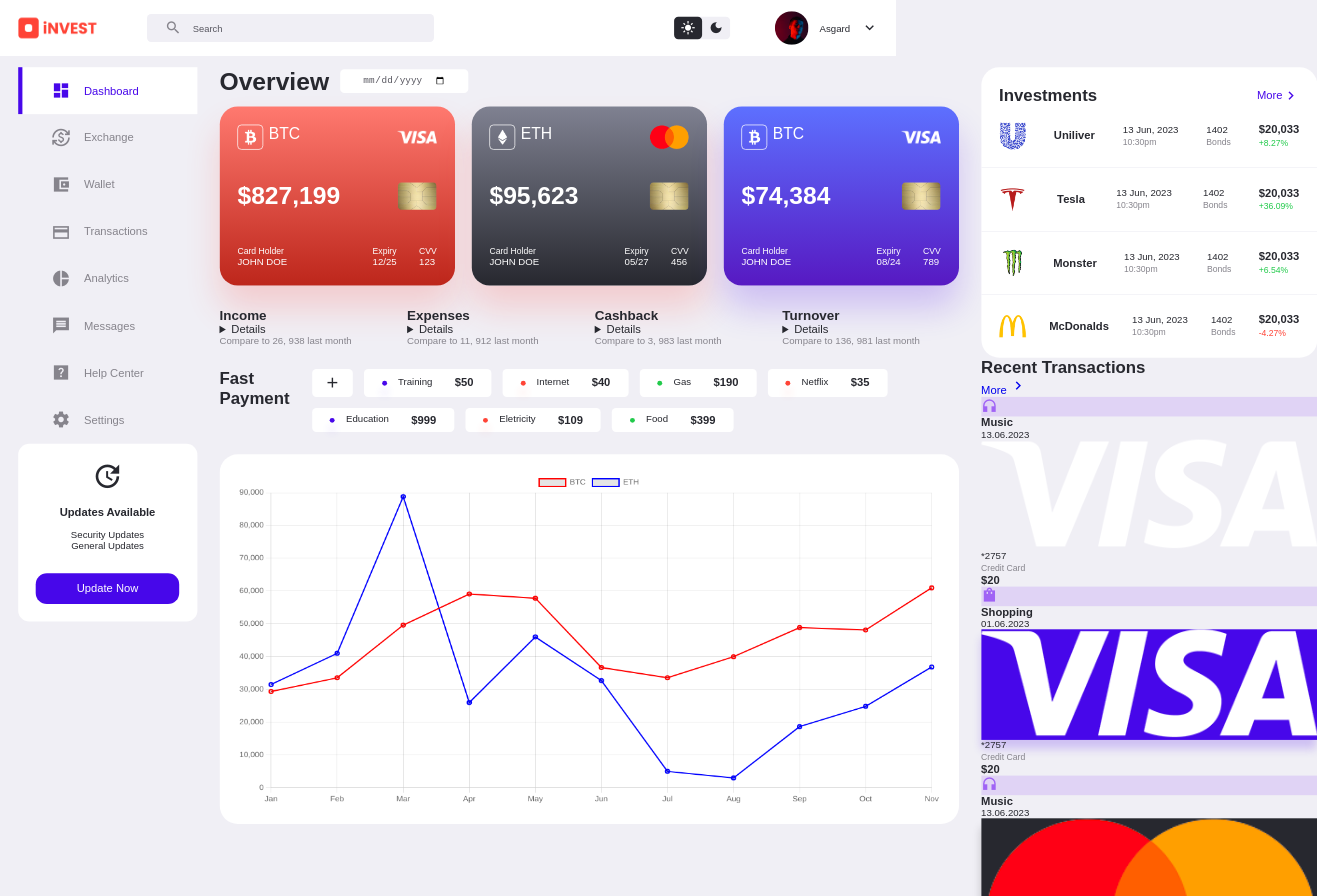
Repository: eziocdl/Admin_Dash
Page: index.html
An editor plug-in stored every save of this project. The page is shown before and after the next save, followed by the edit.
The browser window is 1280 px wide. The page is 1882 px wide, so the pictures cover 1882 px, including what lies to the right of the window. The pictures show the part of the page from y = 0 to 1280 px (the page is 2393 px tall), at 70% of full size.
Some web libraries are served in a nearby version.

Above is the page before, as saved 2023-06-15 13:32:50.

### index.html
<!DOCTYPE html>
<html lang="pt-BR">
<head>
    <meta charset="UTF-8">
    <meta http-equiv="X-UA-Compatible" content="IE=edge">
    <meta name="viewport" content="width=device-width, initial-scale=1.0">
    <title>DashBoard Responsiva</title>
    <!--MATERIAL ICONS CDN-->
    <link href="https://fonts.googleapis.com/icon?family=Material+Icons+Sharp" rel="stylesheet">
    <!--GOOGLE FONTES (POPPINS)-->
    <link rel="preconnect" href="https://fonts.googleapis.com">
<link rel="preconnect" href="https://fonts.gstatic.com" crossorigin>
<link href="https://fonts.googleapis.com/css2?family=Poppins:wght@300;400;500;600;700&display=swap"
   rel="stylesheet">
    <!--STYLESHEET-->
<link rel="stylesheet" href="style.css">
</head>
<body>
    <!--NAVEGACAO-->
    <nav>
        <div class="container">
            <img src="./images/logo.png" class="logo">
            <div class="search-bar">
                <span class="material-icons-sharp">search</span>
                <input type="search" placeholder="Search">
            </div>
            <div class="profile-area">
                <div class="theme-btn">
                    <span class="material-icons-sharp active">light_mode</span>
                    <span class="material-icons-sharp">dark_mode</span>
            </div>
            <div class="profile">
                    <div class="profile-photo">
                        <img src="./images/profile-1.jpg">
                    </div>
                    <h5>Asgard</h5>
                    <span class="material-icons-sharp">expand_more</span>
            </div>
            <button id="menu-btn">
                    <span class="material-icons-sharp">menu</span>
                </button>

            </div>

        </div>
    </nav>
    <!--FINAL DA NAVEGACAO-->

    <main>
        <aside>
            <button id="close-btn">
                <span class="material-icons-sharp">close</span>

            </button>

            <div class="sidebar">
                <a href="#" class="active">
                    <span class="material-icons-sharp">dashboard</span>
                    <h4>Dashboard</h4>
                </a>

                <a href="#">
                    <span class="material-icons-sharp">currency_exchange</span>
                    <h4>Exchange</h4>
                </a>

                <a href="#">
                    <span class="material-icons-sharp">account_balance_wallet</span>
                    <h4>Wallet</h4>
                </a>

                <a href="#">
                    <span class="material-icons-sharp">payment</span>
                    <h4>Transactions</h4>
                </a>

                <a href="#">
                    <span class="material-icons-sharp">pie_chart</span>
                    <h4>Analytics</h4>
                </a>

                <a href="#">
                    <span class="material-icons-sharp">message</span>
                    <h4>Messages</h4>
                </a>

                <a href="#">
                    <span class="material-icons-sharp">help_center</span>
                    <h4>Help Center</h4>
                </a>

                <a href="#">
                    <span class="material-icons-sharp">settings</span>
                    <h4>Settings</h4>
                </a>
            </div>
            <!------------------FINAL DO SIDEBAR------------------------------------------------>
            <div class="updates">
                <span class="material-icons-sharp">update</span>
                    <h4>Updates Available</h4>
                    <p>Security Updates</p>
                    <p>General Updates</p>
                    <a href="#">Update Now</a>
            </div>
        </aside>
        <!--FINAL DO ASIDE-->

        <section class="middle">
            <div class="header">
                <h1>Overview</h1>
                <input type="date">
            </div>

            <div class="cards">
                <div class="card">
                    <div class="top">
                        <div class="left">
                            <img src="./images/BTC.png">
                            <h2>BTC</h2>
                        </div>
                        <img src="./images/visa.png" class="right">
                    </div>

                    <div class="middle">
                             <h1>$827,199</h1>
                             <div class="chip">
                               <img src="./images/card chip.png">
                            </div>
                    </div>

                    <div class="bottom">
                        <div class="left">
                           <small>Card Holder</small>
                           <h5>JOHN DOE</h5>
                        </div>

                        <div class="right">
                            <div class="expiry">
                                <small>Expiry</small>
                                <h5>12/25</h5>
                            </div>
                            <div class="cvv">
                                <small>CVV</small>
                                <h5>123</h5>
                            </div>
                        </div>
                    </div>
                </div>
                <!-------------------FINAL DO CARTAO------------------------------------------------->
                <div class="card">
                    <div class="top">
                        <div class="left">
                            <img src="./images/ETH.png">
                            <h2>ETH</h2>
                        </div>
                        <img src="./images/master card.png" class="right">
                    </div>

                    <div class="middle">
                        <h1>$95,623</h1>
                        <div class="chip">
                            <img src="./images/card chip.png">
                        </div>
                    </div>

                    <div class="bottom">
                        <div class="left">
                           <small>Card Holder</small>
                           <h5>JOHN DOE</h5>
                        </div>

                        <div class="right">
                            <div class="expiry">
                                <small>Expiry</small>
                                <h5>05/27</h5>
                            </div>
                            <div class="cvv">
                                <small>CVV</small>
                                <h5>456</h5>
                            </div>
                        </div>
                    </div>
                </div>
                <!-------------------FINAL DO CARTAO 1------------------------------------------------->

                <div class="card">
                    <div class="top">
                        <div class="left">
                            <img src="./images/BTC.png">
                            <h2>BTC</h2>
                        </div>
                     <img src="./images/visa.png" class="right">
                    </div>

                    <div class="middle">
                        <h1>$74,384</h1>
                        <div class="chip">
                            <img src="./images/card chip.png">
                        </div>

                    </div>

                    <div class="bottom">
                        <div class="left">
                           <small>Card Holder</small>
                           <h5>JOHN DOE</h5>
                        </div>

                        <div class="right">
                            <div class="expiry">
                                <small>Expiry</small>
                                <h5>08/24</h5>
                            </div>
                            <div class="cvv">
                                <small>CVV</small>
                                <h5>789</h5>
                            </div>
                        </div>
                    </div>
                </div>
                <!-------------------FINAL DO CARTAO 2------------------------------------------------->
            </div>

            <!-------------------FINAL DOS CARDS-------------------------------------------------->
            <div class="monthly-report">
                <div class="report">
                     <h3>Income</h3>
                     <div>
                        <details>
                            <h1>29,023</h1>
                            <h6 class="success">+3.5%</h6>
                        </details>
                        <p class="text-muted">Compare to 26,
                        938 last month</p>
                     </div>
                </div>
               <!-- END OF INCOME REPORT--->
                <div class="report">
                    <h3>Expenses</h3>
                    <div>
                       <details>
                           <h1>9,005</h1>
                           <h6 class="danger">-6.5%</h6>
                       </details>
                       <p class="text-muted">Compare to 11,
                       912 last month</p>
                    </div>
               </div>
               <!-- END OF EXPENSES REPORT --->
               <div class="report">
                     <h3>Cashback</h3>
                     <div>
                        <details>
                            <h1>4,7004</h1>
                            <h6 class="success">+7.5%</h6>
                        </details>
                        <p class="text-muted">Compare to 3,
                        983 last month</p>
                     </div>
                </div>
                <!-- END OF CASHBACK REPORT --->
                <div class="report">
                     <h3>Turnover</h3>
                     <div>
                        <details>
                            <h1>118,900</h1>
                            <h6 class="danger">+17.8%</h6>
                        </details>
                        <p class="text-muted">Compare to 136,
                        981 last month</p>
                     </div>
                </div>
                <!-- END OF TURNOVER REPORT --->
            </div>

            <!--END OF MONTLY REPORT-->
            <div class="fast-payment">
                 <h2>Fast Payment</h2>
                 <div class="badges">
                      <div class="badge">
                        <span class="material-icons-sharp">
                        add</span>
                      </div>
                      <div class="badge">
                           <span class="bg-primary"></span>
                           <div>
                              <h5>Training</h5>
                              <h4>$50</h4>
                           </div>
                      </div>
                       <div class="badge">
                           <span class="bg-danger"></span>
                           <div>
                              <h5>Internet</h5>
                              <h4>$40</h4>
                           </div>
                      </div>
                      <div class="badge">
                           <span class="bg-success"></span>
                           <div>
                              <h5>Gas</h5>
                              <h4>$190</h4>
                           </div>
                      </div>
                      <div class="badge">
                           <span class="bg-danger"></span>
                           <div>
                              <h5>Netflix</h5>
                              <h4>$35</h4>
                           </div>
                      </div>
                      <div class="badge">
                           <span class="bg-primary"></span>
                           <div>
                              <h5>Education</h5>
                              <h4>$999</h4>
                           </div>
                      </div>
                      <div class="badge">
                           <span class="bg-danger"></span>
                           <div>
                              <h5>Eletricity</h5>
                              <h4>$109</h4>
                           </div>
                      </div>
                      <div class="badge">
                           <span class="bg-success"></span>
                           <div>
                              <h5>Food</h5>
                              <h4>$399</h4>
                           </div>
                      </div>
                </div>
            </div>

            <!--END OF PAYMENT---------------->

            <canvas id="chart"></canvas>

        </section>
        <!--FINAL DO MIDDLE-->
        <section class="right">
            <div class="investments">
                <div class="header">
                    <h2>Investments</h2>
                    <a href="#">More <span class="material-icons-sharp">
                        chevron_right</span></a>
                </div>

                <div class="investment">
                        <img src="./images/uniliver.png">
                        <h4>Uniliver</h4>
                        <div class="date-time">
                          <p>13 Jun, 2023</p>
                          <small class="text-muted">10:30pm</small>
                        </div>
                        <div class="bonds">
                              <p>1402</p>
                              <small class="text-muted">Bonds</small>
                        </div>
                        <div class="amount">
                              <h4>$20,033</h4>
                              <small class="success">+8.27%</small>
                        </div>
                    </div>
                    <!--END OF INVESTIMENT-->
                    <div class="investment">
                        <img src="./images/tesla.png">
                        <h4>Tesla</h4>
                        <div class="date-time">
                            <p>13 Jun, 2023</p>
                            <small class="text-muted">10:30pm</small>
                        </div>
                        <div class="bonds">
                              <p>1402</p>
                              <small class="text-muted">Bonds</small>
                        </div>
                        <div class="amount">
                              <h4>$20,033</h4>
                              <small class="success">+36.09%</small>
                        </div>
                    </div>
                    <!--END OF INVESTIMENT-->
                    <div class="investment">
                            <img src="./images/monster.png">
                            <h4>Monster</h4>
                            <div class="date-time">
                              <p>13 Jun, 2023</p>
                              <small class="text-muted">10:30pm</small>
                            </div>
                            <div class="bonds">
                              <p>1402</p>
                              <small class="text-muted">Bonds</small>
                            </div>
                            <div class="amount">
                              <h4>$20,033</h4>
                              <small class="success">+6.54%</small>
                            </div>
                    </div>
                    <!--END OF INVESTIMENT-->
                    <div class="investment">
                        <img src="./images/mcdonalds.png">
                        <h4>McDonalds</h4>
                        <div class="date-time">
                          <p>13 Jun, 2023</p>
                          <small class="text-muted">10:30pm</small>
                        </div>
                        <div class="bonds">
                              <p>1402</p>
                              <small class="text-muted">Bonds</small>
                        </div>
                        <div class="amount">
                              <h4>$20,033</h4>
                              <small class="danger">-4.27%</small>
                        </div>
                    </div>
                    <!--END OF INVESTIMENTS-->
                 </div>
            </div>
            <!--END OF INVESTIMENTS-->

            <div class="recent-transations">
                <div class="header">
                    <h2>Recent Transactions</h2>
                    <a href="#">More <span class="material-icons-sharp">chevron_right</span></a>
                </div>

                <div class="transation">
                    <div class="service">
                        <div class="icon bg-purple-light">
                            <span class="material-icons-sharp purple">headphones</span>
                        </div>
                        <div class="details">
                            <h4>Music</h4>
                            <p>13.06.2023</p>
                        </div>
                    </div>
                    <div class="card-details">
                        <div class="service">
                            <img src="./images/visa.png">
                        </div>
                        <div class="details">
                            <P>*2757</P>
                             <small class="text-muted">Credit Card</small>
                        </div>
                    </div>
                    <h4>$20</h4>
                </div>
                <!--END OF RECENT TRANSATION-->
                <div class="transation">
                    <div class="service">
                        <div class="icon bg-purple-light">
                            <span class="material-icons-sharp purple">shopping_bag</span>
                        </div>
                        <div class="details">
                            <h4>Shopping</h4>
                            <p>01.06.2023</p>
                        </div>
                    </div>
                    <div class="card-details">
                        <div class="card bg-primary">
                            <img src="./images/visa.png">
                        </div>
                        <div class="details">
                            <P>*2757</P>
                             <small class="text-muted">Credit Card</small>
                        </div>
                    </div>
                    <h4>$20</h4>
                </div>
                <!--END OF RECENT TRANSATION-->
                <div class="transation">
                    <div class="service">
                        <div class="icon bg-purple-light">
                            <span class="material-icons-sharp purple">headphones</span>
                        </div>
                        <div class="details">
                            <h4>Music</h4>
                            <p>13.06.2023</p>
                        </div>
                    </div>
                    <div class="card-details">
                        <div class="card bg-dark">
                            <img src="./images/master card.png">
                        </div>
                        <div class="details">
                            <P>*2757</P>
                             <small class="text-muted">Credit Card</small>
                        </div>
                    </div>
                    <h4>$20</h4>
                </div>
                <!--END OF RECENT TRANSATION-->
                <div class="transation">
                    <div class="service">
                        <div class="icon bg-purple-light">
                            <span class="material-icons-sharp purple">headphones</span>
                        </div>
                        <div class="details">
                            <h4>Music</h4>
                            <p>13.06.2023</p>
                        </div>
                    </div>
                    <div class="card-details">
                        <div class="card bg-danger">
                            <img src="./images/visa.png">
                        </div>
                        <div class="details">
                            <P>*2757</P>
                             <small class="text-muted">Credit Card</small>
                        </div>
                    </div>
                    <h4>$20</h4>
                </div>
                <!--END OF RECENT TRANSATION-->
                <div class="transation">
                    <div class="service">
                        <div class="icon bg-purple-light">
                            <span class="material-icons-sharp purple">headphones</span>
                        </div>
                        <div class="details">
                            <h4>Music</h4>
                            <p>13.06.2023</p>
                        </div>
                    </div>
                    <div class="card-details">
                        <div class="card bg-danger">
                            <img src="./images/visa.png">
                        </div>
                        <div class="details">
                            <P>*2757</P>
                             <small class="text-muted">Credit Card</small>
                        </div>
                    </div>
                    <h4>$20</h4>
                </div>
                <!--END OF RECENT TRANSATION-->
                <div class="transation">
                    <div class="service">
                        <div class="icon bg-purple-light">
                            <span class="material-icons-sharp purple">headphones</span>
                        </div>
                        <div class="details">
                            <h4>Music</h4>
                            <p>13.06.2023</p>
                        </div>
                    </div>
                    <div class="card-details">
                        <div class="card bg-danger">
                            <img src="./images/visa.png">
                        </div>
                        <div class="details">
                            <P>*2757</P>
                             <small class="text-muted">Credit Card</small>
                        </div>
                    </div>
                    <h4>$20</h4>
                </div>
                <!--END OF RECENT TRANSATION-->
            </div>
            <!-------------------------------END OF RECENT OF TRANSATION------------------------------------------------------------------>
        </section>
         <!--FINAL DO MIDDLE-->
    </main>
    <!--===========================FINAL DO ASIDE======================================================-->

    <script src="https://cdnjs.cloudflare.com/ajax/libs/Chart.js/3.6.0/chart.min.js"
     integrity="sha512-GMGzUEevhWh8Tc/njS0bDpwgxdCJLQBWG3Z2Ct+JGOpVnEmjvNx6ts4v6A2XJf1HOrtOsfhv3hBKpK9kE5z8AQ=="
     crossorigin="anonymous" referrerpolicy="no-referrer">
    </script>

    <script src="./main.js"></script>
</body>
</html>

Loaded but not shown: main.js (30 lines, source omitted); style.css (565 lines, source omitted)

After the next save:
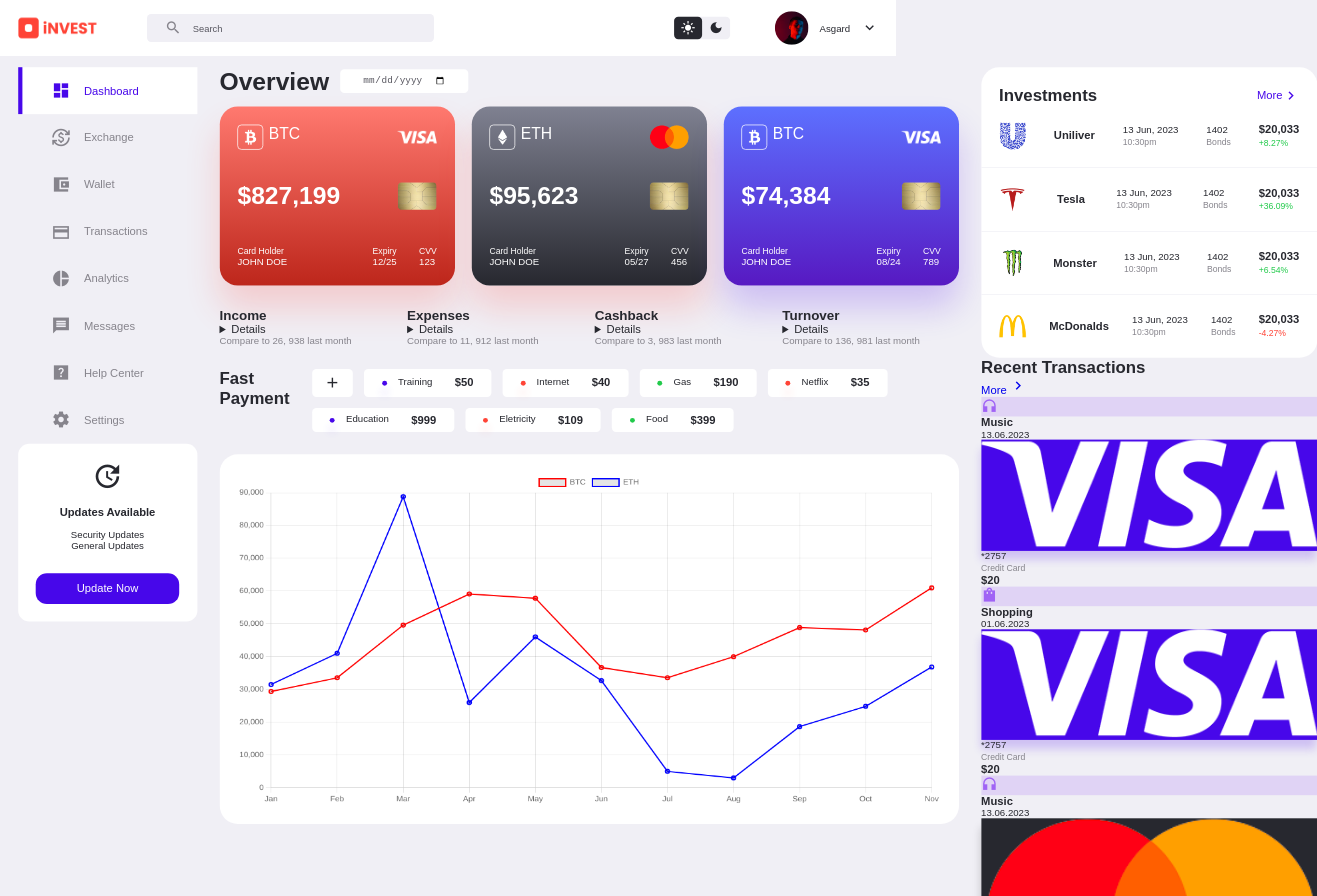
Saved 22 s later.
--- a/index.html
+++ b/index.html
@@ -436,7 +436,7 @@
                         </div>
                     </div>
                     <div class="card-details">
-                        <div class="service">
+                        <div class="card bg-primary">
                             <img src="./images/visa.png">
                         </div>
                         <div class="details">
